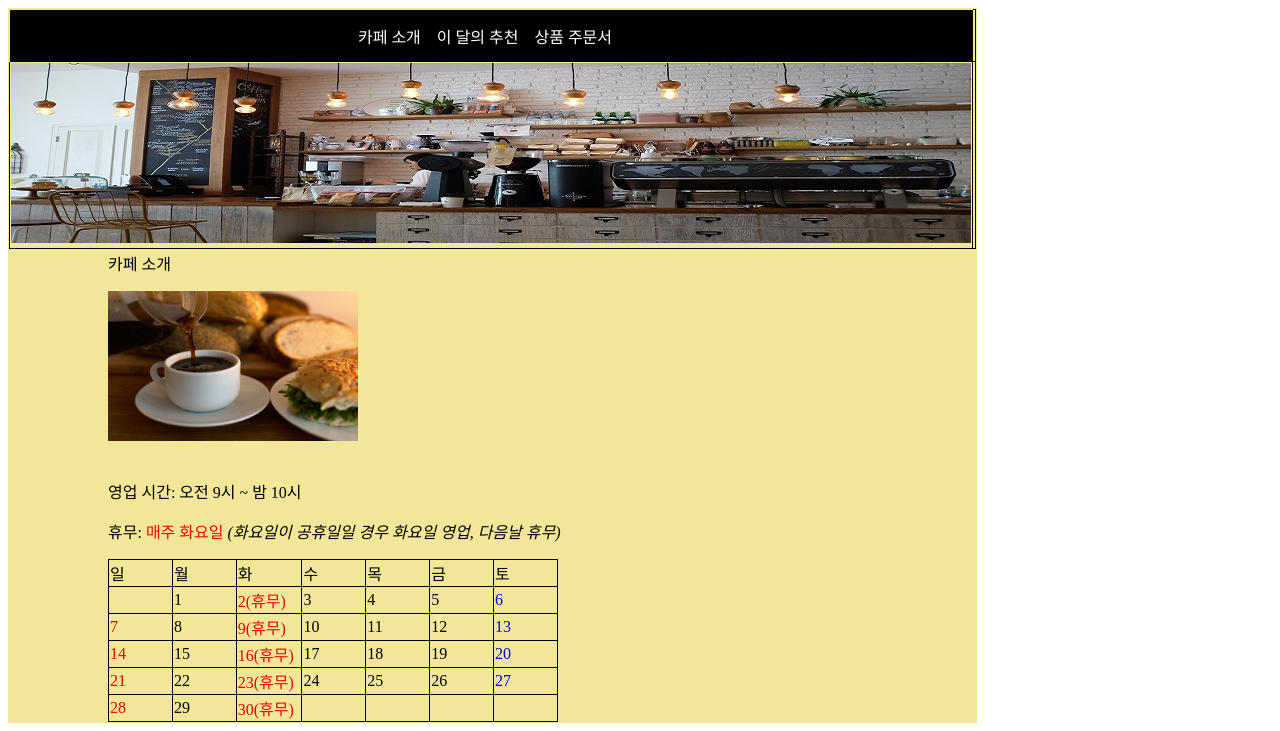
Repository: jpg723/Assignment
Page: http://localhost/mid/
The author's editor kept a copy of each file at every save. The page is drawn from the files as they stood at one save, then again after the next save.
The browser window is 1280 px wide. The pictures show the whole page.
The page is served by Tomcat 9.

Above is the page before, as saved 2021-11-01 12:22:25.

After the next save:
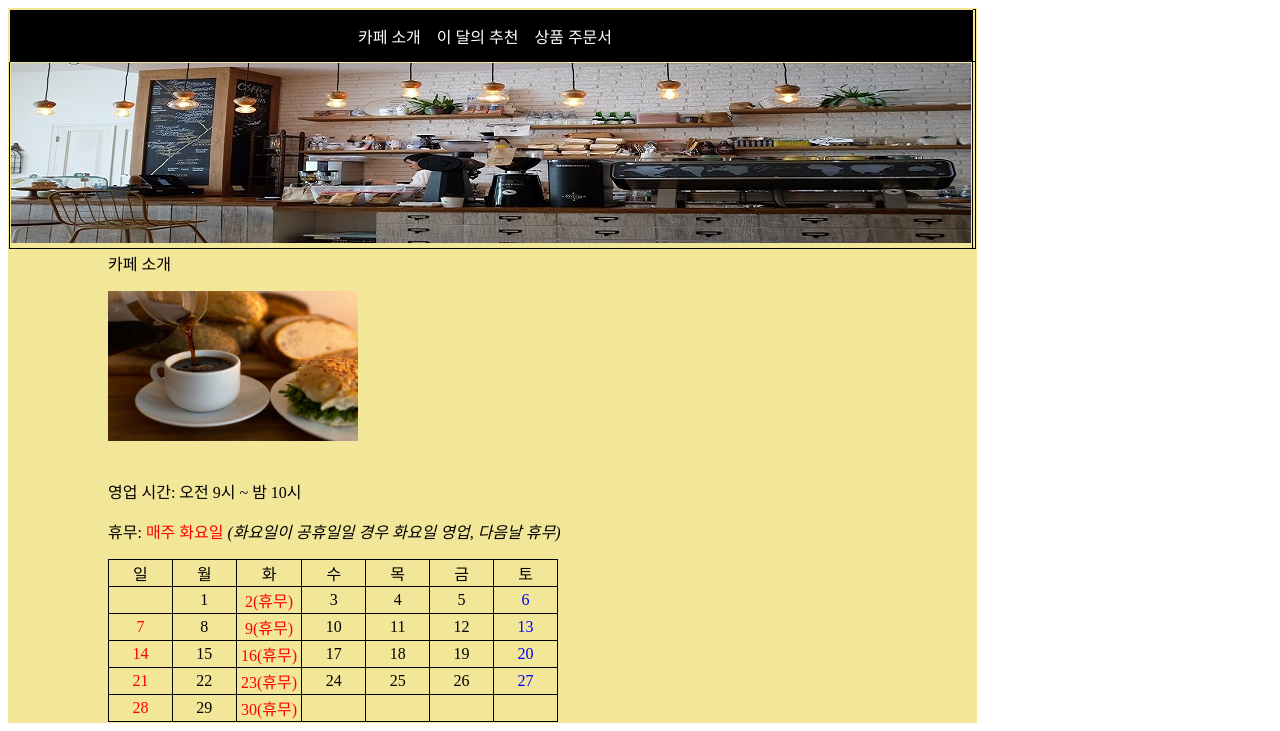
Saved 39 s later.
--- a/웹프로그래밍/mid/src/main/webapp/calendar.jsp
+++ b/웹프로그래밍/mid/src/main/webapp/calendar.jsp
@@ -19,6 +19,9 @@
 	td {
 		width: 35px;
 	}
+	table.c{
+		text-align: center;
+	}
 </style>
 </head>
 <body>
@@ -35,7 +38,7 @@
 	int end = cal.getActualMaximum(Calendar.DAY_OF_MONTH);
 	int day = cal.get(Calendar.DAY_OF_WEEK);
 
-	out.println("<table>" );
+	out.println("<table class=c>" );
 
 	out.println("<tr>" );
 	for (int i = 0; i < arrWeek.length; i++){
